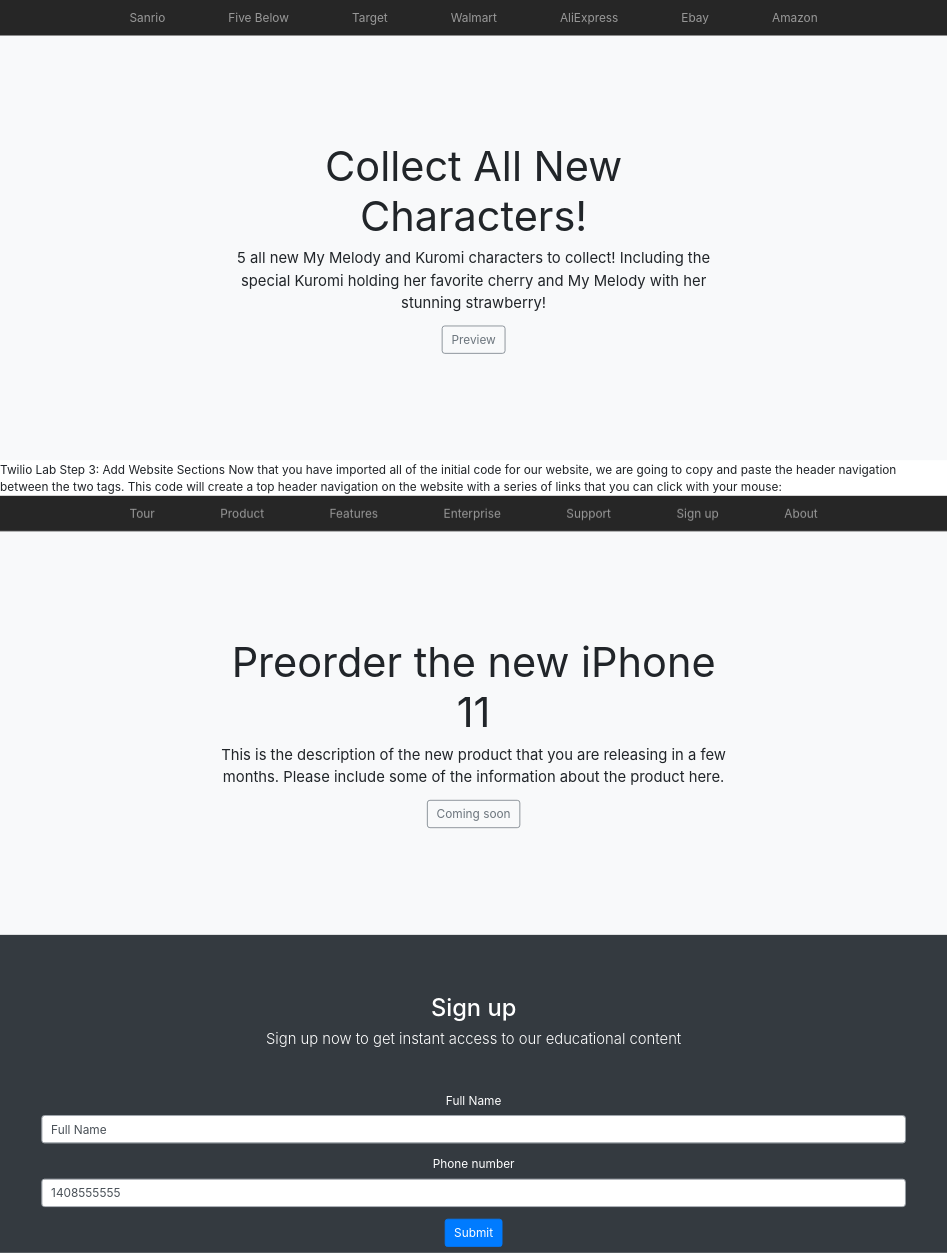
Repository: sflor132/Stephanie-Flores---Resume
Page: LearnCS8-Twilio/index.html
The author's editor kept a record of every edit. The page is drawn from the files as they stood at one moment, then again after the next edit.
The browser window is 1280 px wide. The pictures show the whole page, at 74% of full size.

Above is the page before.

### LearnCS8-Twilio/index.html
<!doctype html>
<html lang="en">
    <head>
<!-- Required meta tags -->
    <meta charset="utf-8">
    <meta name="viewport" content="width=device-width, initial-scale=1, shrink-to-fit=no">
    <meta name="description" content="New! Sanrio My Melody and Kuromi Blind Bag!">
    <meta name="author" content="862329234">

<!-- Bootstrap CSS -->
    <link rel="stylesheet" href="https://stackpath.bootstrapcdn.com/bootstrap/4.5.2/css/bootstrap.min.css" integrity="sha384-JcKb8q3iqJ61gNV9KGb8thSsNjpSL0n8PARn9HuZOnIxN0hoP+VmmDGMN5t9UJ0Z" crossorigin="anonymous">

<!-- Title of your Website -->
    <title>My Melody and Kuromi My Favorite Color Figurine Blind Bag</title>
    <link href="product.css" rel="stylesheet">
    </head>
    <body>
 <nav class="site-header sticky-top py-1">
<!-- Top Menu Bar -->
    <div class="container d-flex flex-column flex-md-row justify-content-between">
<a class="py-2 d-none d-md-inline-block" id="menu-item-1" href="https://www.sanrio.com/" target="_blank">Sanrio</a>
<a class="py-2 d-none d-md-inline-block" id="menu-item-2" href="https://www.fivebelow.com/" target="_blank">Five Below</a>
<a class="py-2 d-none d-md-inline-block" id="menu-item-3" href="https://www.target.com/?ref=tgt_adv_XS000000&AFID=google&fndsrc=tgtao&DFA=71700000012637812&CPNG=Other_Target%2BBrand%7CHoliday_Ecomm_Other&adgroup=Core+Branded+Keywords&LID=700000001170706&LNM=target&MT=e&network=g&device=c&location=9031443&targetid=kwd-19131461&gclid=CjwKCAiAlp2fBhBPEiwA2Q10D0sX5itESCcsBfUziYBOiLd9acwYX0if50r0qxtfLf_3lF_MkIZasBoClAMQAvD_BwE&gclsrc=aw.ds" target="_blank">Target</a>
<a class="py-2 d-none d-md-inline-block" id="menu-item-4" href="https://www.walmart.com/?&adid=22222222220220085369&wmlspartner=wmtlabs&wl0=e&wl1=g&wl2=c&wl3=521205638070&wl4=kwd-27665750&wl5=9031443&wl6=&wl7=&wl8=&veh=sem&gclid=CjwKCAiAlp2fBhBPEiwA2Q10D1OGuQeGEKfYCsI-Xs6Y7LBUVonzJCYbkOc5MuiOque-kUbt3iLhwxoCo7MQAvD_BwE&gclsrc=aw.ds" target="_blank">Walmart</a>
<a class="py-2 d-none d-md-inline-block" id="menu-item-5" href="https://best.aliexpress.com/?af=5bc719ad3d1c1&dp=5bc719ad3d1c1&aff_fcid=87ba963c94ab4a4a83ee74a260154144-1676171187331-09287-_AdZIyM&tt=CPS_NORMAL&aff_fsk=_AdZIyM&aff_platform=portals-promotion&sk=_AdZIyM&aff_trace_key=87ba963c94ab4a4a83ee74a260154144-1676171187331-09287-_AdZIyM&terminal_id=0928347fc537440f8bb4d05c69e2663e" target="_blank">AliExpress</a>
<a class="py-2 d-none d-md-inline-block" id="menu-item-6" href="https://www.ebay.com/">Ebay</a>
<a class="py-2 d-none d-md-inline-block" id="menu-item-7" href="https://www.amazon.com/?tag=amazusnavi-20&hvadid=381823287328&hvpos=&hvnetw=g&hvrand=10109593019199676378&hvpone=&hvptwo=&hvqmt=e&hvdev=c&hvdvcmdl=&hvlocint=&hvlocphy=9031443&hvtargid=kwd-141118230&ref=pd_sl_45vpgydmha_e&hydadcr=28883_11845442&gclid=CjwKCAiAlp2fBhBPEiwA2Q10D3d_UF0RQhgS1aEDYe2viCoxBem5WbXQs4TfQqaET11d3B3PomuZHBoCfXYQAvD_BwE" target="_blank">Amazon</a>
    </div>
</nav>
<!-- Main Header Section h1-->
<div class="position-relative overflow-hidden p-3 p-md-5 m-md-0 text-center bg-light">
    <div class="col-md-8 p-lg-5 mx-auto my-5">
<h1 class="display-4 font-weight-normal">Collect All New Characters!</h1>
<p class="lead font-weight-normal">5 all new My Melody and Kuromi characters to collect! Including the special Kuromi holding her favorite cherry and My Melody with her stunning strawberry! </p>
<a class="btn btn-outline-secondary" href="https://www.youtube.com/watch?v=onREP2cQKVI" target="_blank">Preview</a>
    </div>
</div>
Twilio Lab
Step 3: Add Website Sections
Now that you have imported all of the initial code for our website, we are going to copy and paste the header navigation between the two <body> </body> tags. This code will create a top header navigation on the website with a series of links that you can click with your mouse:

<nav class="site-header sticky-top py-1">
    <!-- Top Menu Bar -->
    <div class="container d-flex flex-column flex-md-row justify-content-between">
        <a class="py-2 d-none d-md-inline-block" id="menu-item-1" href="#">Tour</a>
        <a class="py-2 d-none d-md-inline-block" id="menu-item-2" href="#">Product</a>
        <a class="py-2 d-none d-md-inline-block" id="menu-item-3" href="#">Features</a>
        <a class="py-2 d-none d-md-inline-block" id="menu-item-4" href="#">Enterprise</a>
        <a class="py-2 d-none d-md-inline-block" id="menu-item-5" href="#">Support</a>
        <a class="py-2 d-none d-md-inline-block" id="menu-item-6" href="#">Sign up</a>
        <a class="py-2 d-none d-md-inline-block" id="menu-item-7" href="#">About</a>
    </div>
</nav>








<!-- Main Header Section h1-->
<div class="position-relative overflow-hidden p-3 p-md-5 m-md-0 text-center bg-light">
    <div class="col-md-8 p-lg-5 mx-auto my-5">
        <h1 class="display-4 font-weight-normal">Preorder the new iPhone 11</h1>
        <p class="lead font-weight-normal">This is the description of the new product that you are releasing in a few months. Please include some of the information about the product here.</p>
        <a class="btn btn-outline-secondary" href="#">Coming soon</a>
    </div>
</div>
<!-- Left Tile -->
<div class="d-md-flex flex-md-equal w-100">
    <div class="bg-dark pt-3 px-3 pt-md-5 px-md-5 text-center text-white overflow-hidden">
<div class="my-3 py-3">
<h2 class="display-5">Sign up</h2>
<p class="lead">Sign up now to get instant access to our educational content</p>
</div>
<!-- Web form when submitted will send a text message -->
<form class="p-2" onsubmit="sendTextMessage(); return false;">
<!-- Full Name Form Field -->
<div class="form-group">
<label for="example-first-name">Full Name</label>
<input type="text" value="Full Name" class="form-control" id="example-first-name" aria-describedby="emailHelp">
</div>
<!-- Phone Number Form Field -->
<div class="form-group">
<label for="example-tel-input">Phone number</label>
<input type="tel" class="form-control" value="1408555555" id="example-tel-input">
</div>
<!-- JavaScript that handles onSubmit logic -->
<!-- Configure the XHR request below with your own credentials -->
<script>
function sendTextMessage() {
console.log("Hello world!");
var xhr = new XMLHttpRequest();
var accountSID = "XXXXXXXXXXXXXXXX";
var authToken = "XXXXXXXXXXXXXXXX";
var base64encoded = accountSID + ":" + authToken;
var params = "To=" + document.getElementById('example-tel-input').value + "&From=" + "XXXXXXXXXX" + "&Body=" + "Hello " + document.getElementById('example-first-name').value + " nice job on sending your first SMS with APIs."
xhr.open("POST", "https://api.twilio.com/2010-04-01/Accounts/" + accountSID + "/Messages.json", true);
xhr.setRequestHeader('Content-Type', 'application/x-www-form-urlencoded');
 xhr.setRequestHeader('Authorization', 'Basic ' + btoa(base64encoded));
xhr.send(params);
}
    </script>
<!-- Submit button that will execute the sendTextMessage function -->
<button type="submit" class="btn btn-primary">Submit</button></form>
    </div>
    </body>
</html>

### LearnCS8-Twilio/product.css
.container {
  max-width: 960px;
}

/*
 * Custom translucent site header
 */

.site-header {
  background-color: rgba(0, 0, 0, .85);
  -webkit-backdrop-filter: saturate(180%) blur(20px);
  backdrop-filter: saturate(180%) blur(20px);
}
.site-header a {
  color: #999;
  transition: ease-in-out color .15s;
}
.site-header a:hover {
  color: #fff;
  text-decoration: none;
}

/*
 * Dummy devices (replace them with your own or something else entirely!)
 */

.product-device {
  position: absolute;
  right: 10%;
  bottom: -30%;
  width: 300px;
  height: 540px;
  background-color: #333;
  border-radius: 21px;
  -webkit-transform: rotate(30deg);
  transform: rotate(30deg);
}

.product-device::before {
  position: absolute;
  top: 10%;
  right: 10px;
  bottom: 10%;
  left: 10px;
  content: "";
  background-color: rgba(255, 255, 255, .1);
  border-radius: 5px;
}

.product-device-2 {
  top: -25%;
  right: auto;
  bottom: 0;
  left: 5%;
  background-color: #e5e5e5;
}


/*
 * Extra utilities
 */

.flex-equal > * {
  -ms-flex: 1;
  flex: 1;
}
@media (min-width: 768px) {
  .flex-md-equal > * {
    -ms-flex: 1;
    flex: 1;
  }
}

.overflow-hidden { overflow: hidden; }

After the next edit:
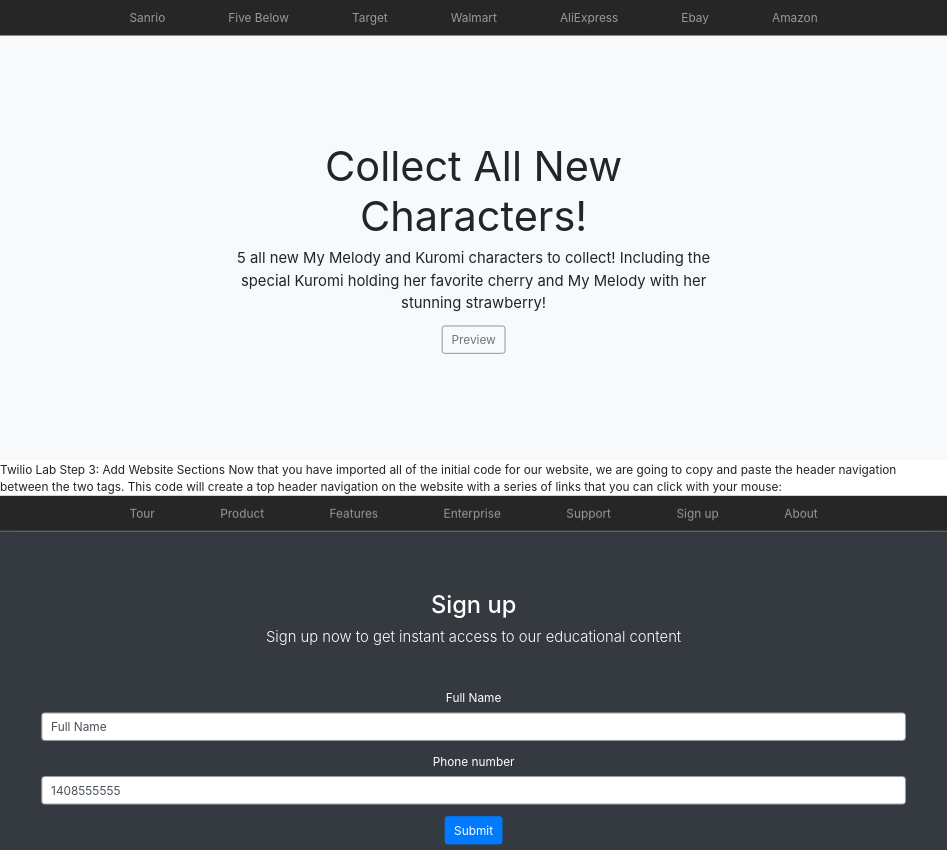
The edit:
--- a/LearnCS8-Twilio/index.html
+++ b/LearnCS8-Twilio/index.html
@@ -51,22 +51,6 @@
         <a class="py-2 d-none d-md-inline-block" id="menu-item-7" href="#">About</a>
     </div>
 </nav>
-
-
-
-
-
-
-
-
-<!-- Main Header Section h1-->
-<div class="position-relative overflow-hidden p-3 p-md-5 m-md-0 text-center bg-light">
-    <div class="col-md-8 p-lg-5 mx-auto my-5">
-        <h1 class="display-4 font-weight-normal">Preorder the new iPhone 11</h1>
-        <p class="lead font-weight-normal">This is the description of the new product that you are releasing in a few months. Please include some of the information about the product here.</p>
-        <a class="btn btn-outline-secondary" href="#">Coming soon</a>
-    </div>
-</div>
 <!-- Left Tile -->
 <div class="d-md-flex flex-md-equal w-100">
     <div class="bg-dark pt-3 px-3 pt-md-5 px-md-5 text-center text-white overflow-hidden">
